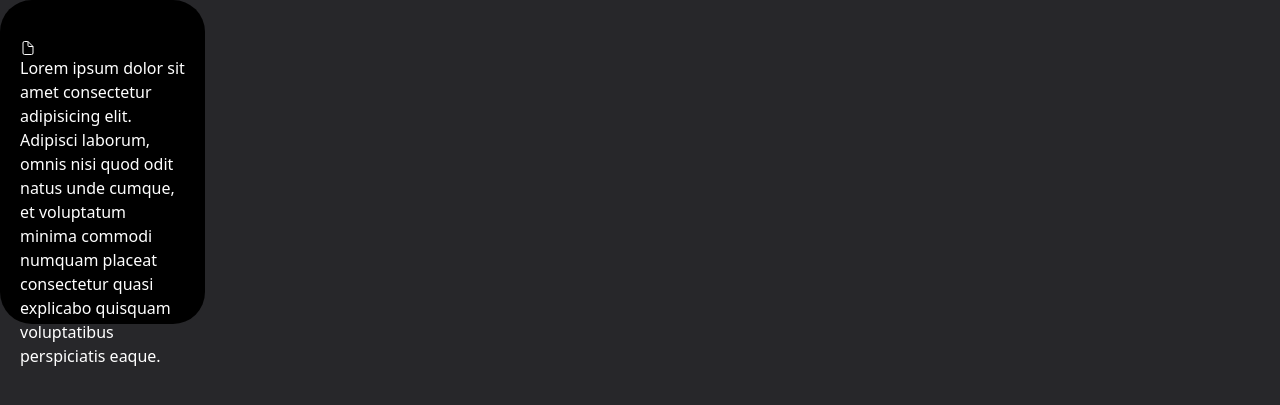
Repository: SharonSebastian32/dragable_cards
Page: /
The author's editor kept a copy of each file at every save. The page is drawn from the files as they stood at one save, then again after the next save.
The browser window is 1280 px wide. The pictures show the whole page.
The project was rebuilt for these pictures with package versions that can differ from the ones it lists, and the page was loaded fresh each time. Also part of the build but not shown: vite.config.js.

Above is the page before, as saved 2024-08-21 10:15:48.

After the next save:
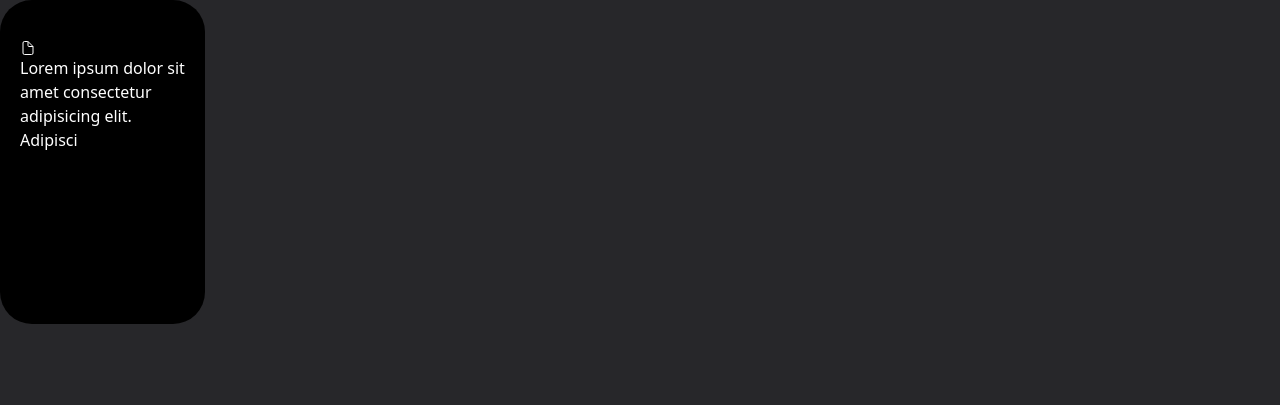
Saved 10 s later.
--- a/src/Components/Card.jsx
+++ b/src/Components/Card.jsx
@@ -3,7 +3,7 @@ const Card = () => {
   return (
     <div className="w-[16vw] h-[45vh] rounded-[2rem] text-white px-5 py-10 bg-black">
           <IoDocumentOutline />
-          <p>Lorem ipsum dolor sit amet consectetur adipisicing elit. Adipisci laborum, omnis nisi quod odit natus unde cumque, et voluptatum minima commodi numquam placeat consectetur quasi explicabo quisquam voluptatibus perspiciatis eaque.</p>
+          <p>Lorem ipsum dolor sit amet consectetur adipisicing elit. Adipisci  </p>
      </div>
   );
 };
